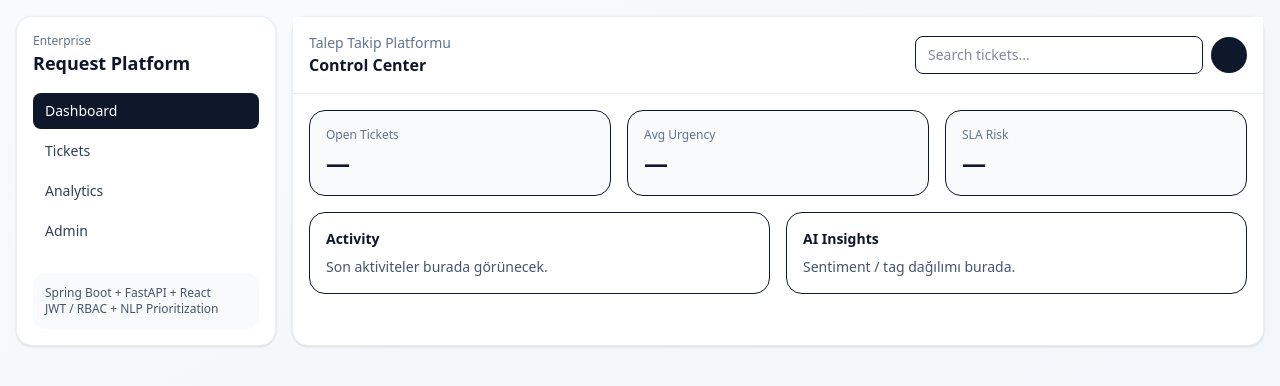
Repository: Salihapeker/enterprise-ai-ticket-system
Page: / (app in Desktop/enterprise-ai-ticket-system/frontend/)
The author's editor kept a copy of each file at every save. The page is drawn from the files as they stood at one save, then again after the next save.
The browser window is 1280 px wide. The pictures show the whole page.
The project was rebuilt for these pictures with package versions that can differ from the ones it lists, and the page was loaded fresh each time. Also part of the build but not shown: Desktop/enterprise-ai-ticket-system/frontend/vite.config.ts, Desktop/enterprise-ai-ticket-system/frontend/src/services/tickets.ts, Desktop/enterprise-ai-ticket-system/frontend/src/pages/TicketsPage.tsx, Desktop/enterprise-ai-ticket-system/frontend/src/pages/AnalyticsPage.tsx, Desktop/enterprise-ai-ticket-system/frontend/src/pages/AdminPage.tsx.

Above is the page before, as saved 2026-03-16 01:07:50.

After the next save:
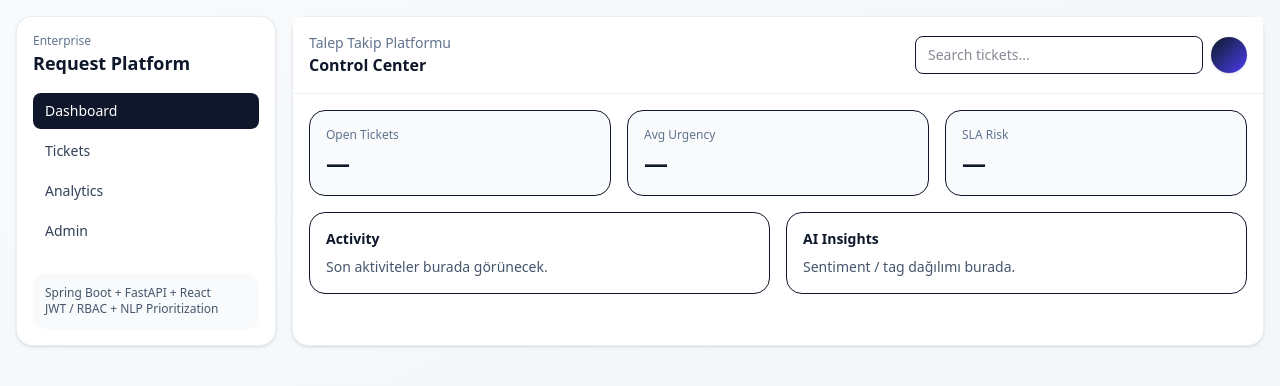
Saved 29 s later.
--- a/Desktop/enterprise-ai-ticket-system/frontend/src/components/layouts/AppShell.tsx
+++ b/Desktop/enterprise-ai-ticket-system/frontend/src/components/layouts/AppShell.tsx
@@ -54,7 +54,7 @@ export default function AppShell() {
                   className="hidden w-72 rounded-lg border px-3 py-2 text-sm outline-none focus:ring-2 focus:ring-slate-300 md:block"
                   placeholder="Search tickets..."
                 />
-                <div className="h-9 w-9 rounded-full bg-slate-900" />
+                <div className="h-9 w-9 rounded-full bg-gradient-to-br from-slate-900 to-indigo-600 shadow-sm" />
               </div>
             </header>
 
